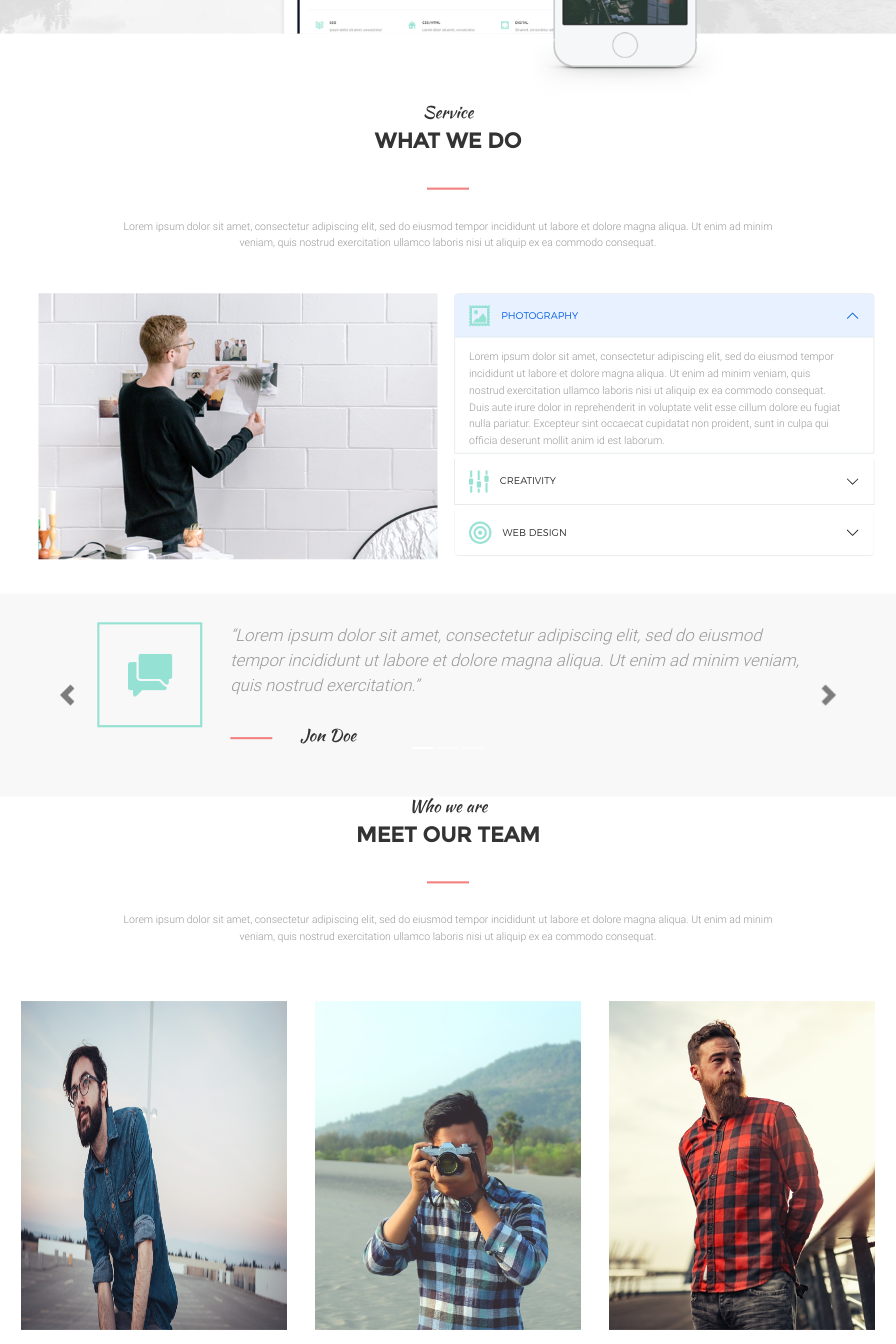
Repository: RaffiBarseghyan/mogo
Page: /
An editor plug-in stored every save of this project. The page is shown before and after the next save, followed by the edit.
The browser window is 1280 px wide. The pictures show the part of the page from y = 3380 to 5300 px (the page is 5300 px tall), at 70% of full size.
The project was rebuilt for these pictures with package versions that can differ from the ones it lists, and the page was loaded fresh each time.

Above is the page before, as saved 2023-05-12 23:31:46.

After the next save:
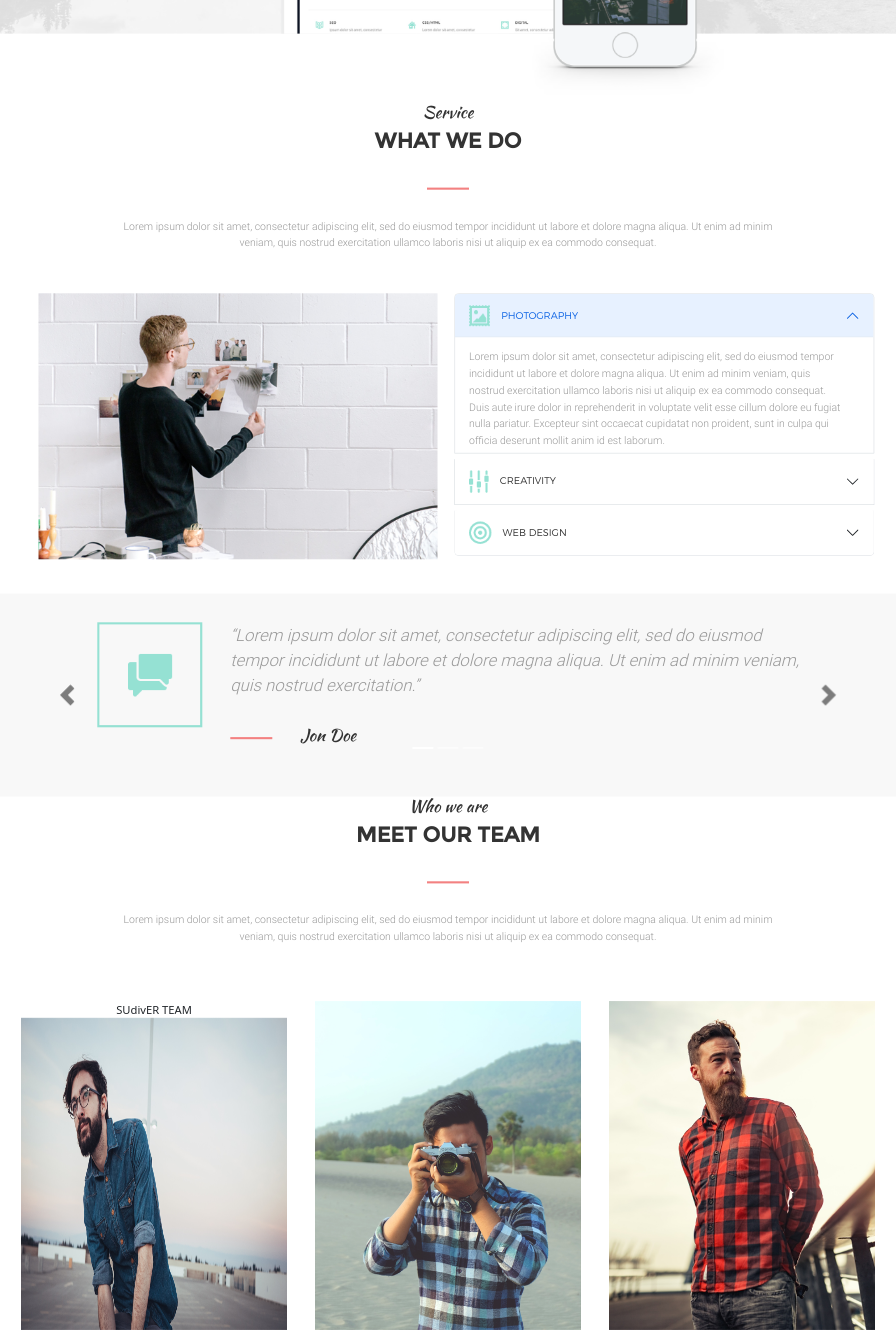
Saved 29 s later.
--- a/src/Pages/WeAre/weAre.jsx
+++ b/src/Pages/WeAre/weAre.jsx
@@ -21,7 +21,7 @@
         <div className="d-flex justify-content-center flex-wrap ">
           <div className={style.imgDiv}>
             {/* <img src={user} alt="" className={style.user} /> */}
-            <p>SUPER TEAM</p>
+            <div>SUdivER TEAM</div>
             <img src={admin1} alt="" className={style.aboutImg1} />
           </div>
           <div className={style.imgDiv}>

After the 4 saves that followed:
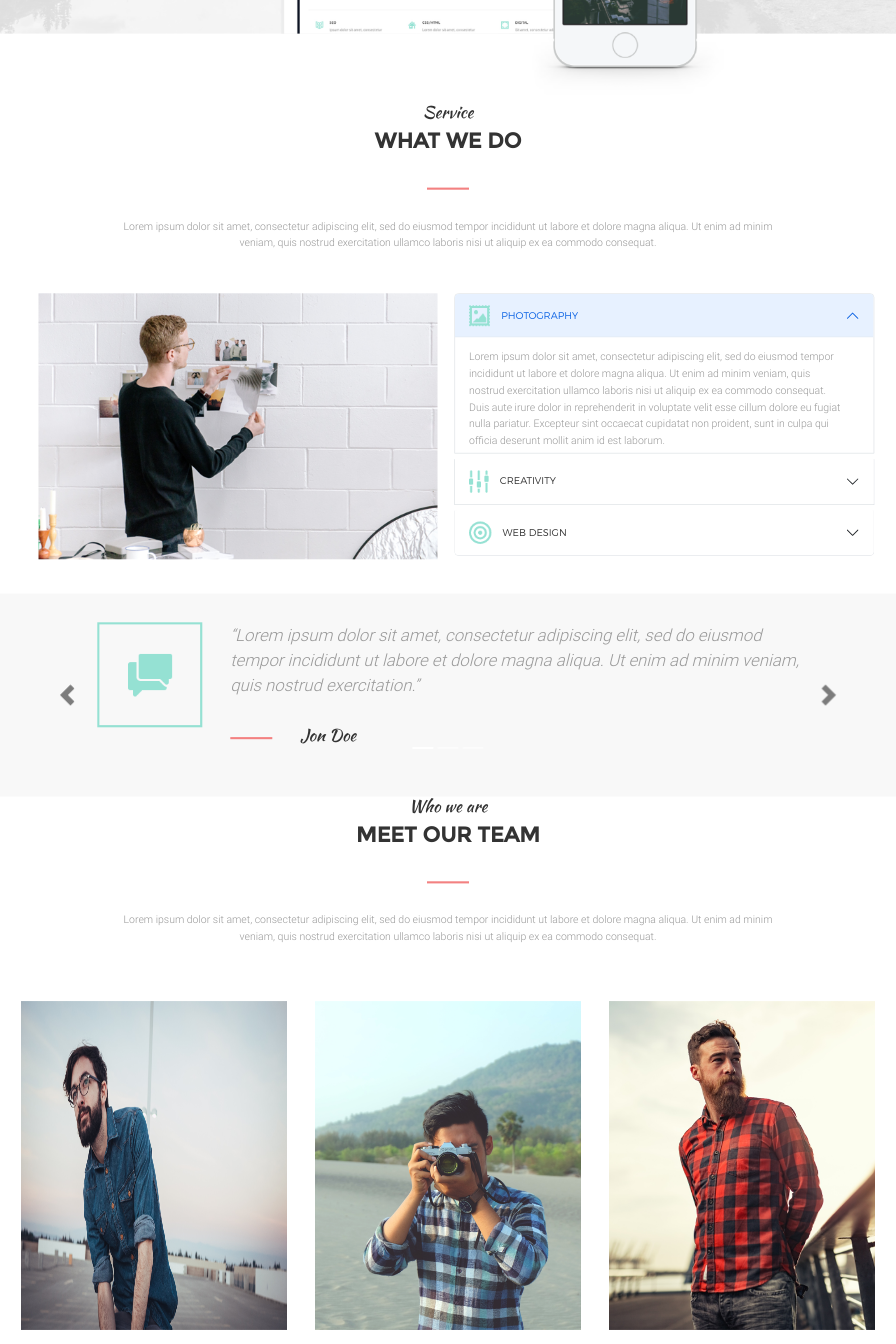
The 4 saves are shown as one change because they came seconds apart.
The last was saved 10 s later.
--- a/src/Pages/WeAre/weAre.jsx
+++ b/src/Pages/WeAre/weAre.jsx
@@ -21,7 +21,12 @@
         <div className="d-flex justify-content-center flex-wrap ">
           <div className={style.imgDiv}>
             {/* <img src={user} alt="" className={style.user} /> */}
-            <div>SUdivER TEAM</div>
+            <div>
+              {/* <img src={user} alt="" className={style.user} /> */}
+              {/* <img src={user} alt="" className={style.user} /> */}
+              {/* <img src={user} alt="" className={style.user} /> */}
+              {/* <img src={user} alt="" className={style.user} /> */}
+            </div>
             <img src={admin1} alt="" className={style.aboutImg1} />
           </div>
           <div className={style.imgDiv}>
